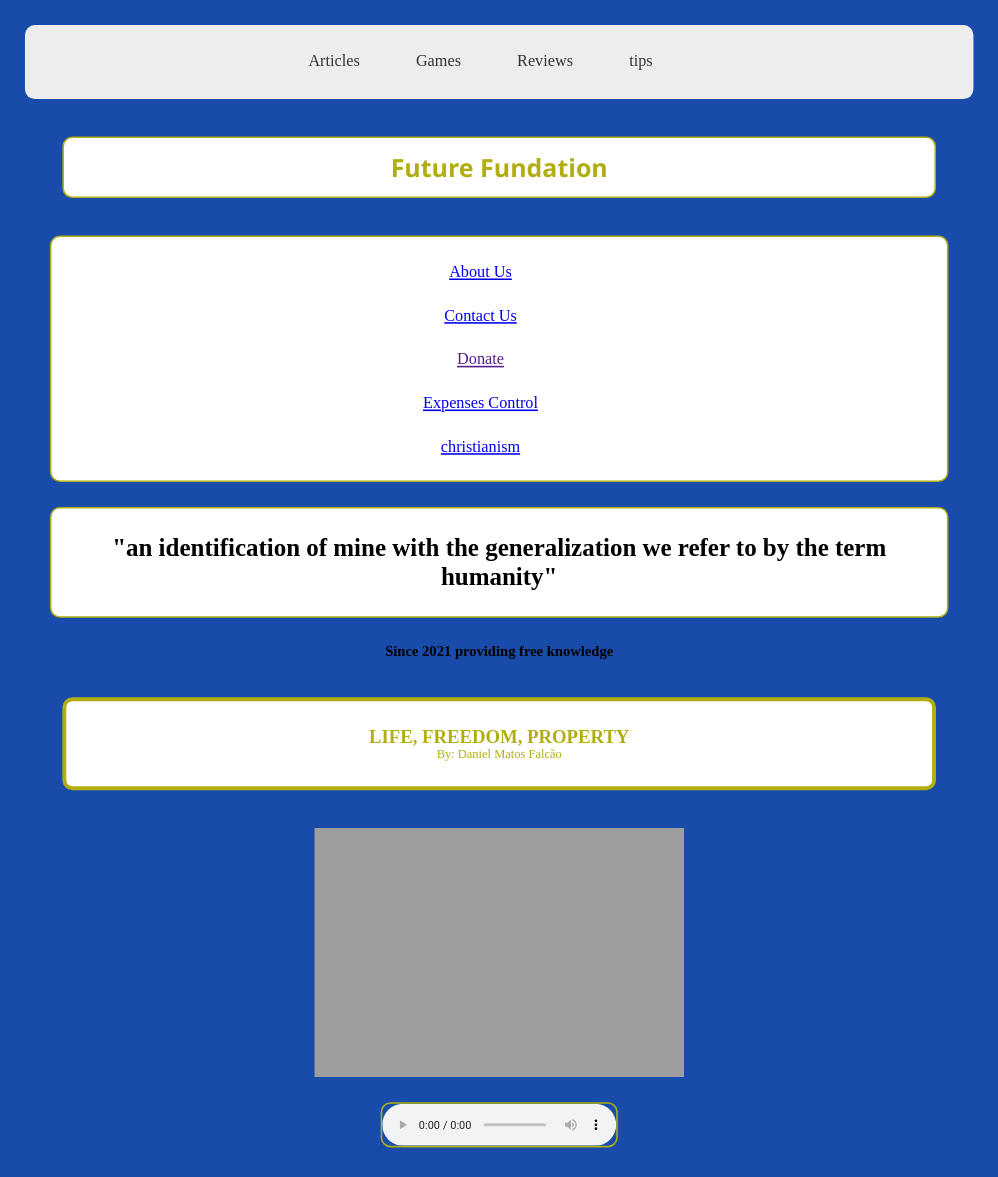
Repository: batmit/FutureFundation.github.io-1
Page: index.html
These files come from the project's save history. The page is drawn as it stood at one moment and after the next save; the edit follows.
The browser window is 1280 px wide. The pictures show the whole page, at 78% of full size.
Pictures or frames that could not be fetched are drawn as grey boxes. Some web fonts or font styles are not loaded; a fallback is used.

Above is the page before, as saved 2021-07-09 18:45:55.

### index.html
<!DOCTYPE html>
<html lang="en">

<head>
    <meta charset="UTF-8">
    <meta http-equiv="X-UA-Compatible" content="IE=edge">
    <meta name="viewport" content="width=device-width, initial-scale=1.0">
    <title>The Future Fundation</title>

    <link rel="stylesheet" href="./index.css">
    <link rel="preconnect" href="https://fonts.gstatic.com">
    <link rel="preconnect" href="https://fonts.gstatic.com">

    <link rel="preconnect" href="https://fonts.gstatic.com">
    <link href="https://fonts.googleapis.com/css2?family=Redressed&display=swap" rel="stylesheet">
    <link rel="icon" href="https://m.media-amazon.com/images/I/511UePVZTiL._SL500_.jpg">
</head>

<body>
    <div id="all">
        <nav id="menu">
            <ul>
                <li><a href="./menu/articles/articles.html">Articles</a></li>
                <li><a href="/games/games.html">Games</a></li>
                <li><a href="./menu/reviews/reviews.html">Reviews</a></li>
                <li><a href="./menu/tips.html">tips</a></li>
                <li></li>
            </ul>
        </nav>
        <header>

            <h1>Future Fundation</h1>

        </header>

        <main>

            <div id="cabecalho">

                <a class="about" href="./index/about.html">About Us</a>


                <a class="contact" href="./index/contact.html">Contact Us</a>

                <a class="donate" href="">Donate</a>

                <a href="http://batmit.github.io">Expenses Control</a>

                <a href="/menu/articles/cristianism/cristianism.html">christianism</a>

            </div>

            <div id="frase">

                <strong>
                    "an identification of mine with the generalization we refer to by the term humanity"
                </strong>

            </div>




            <div id="rodape">

                <h3>Since 2021 providing free knowledge</h3>

            </div>

            <footer>

                <h2>LIFE, FREEDOM, PROPERTY</h2>

                <p>By: Daniel Matos Falcão</p>

            </footer>

            <img width="474px" height="320px"
                src="https://external-content.duckduckgo.com/iu/?u=https%3A%2F%2Ftse4.mm.bing.net%2Fth%3Fid%3DOIP.T-Ah3QjGfLzqHosndqSgYAHaFA%26pid%3DApi&f=1"
                alt="">

            <div id="audio">

                <audio controls autoplay>

                    <source
                        src="/menu/articles/cristianism/2001-01-0720-praise-to-the-lord-the-almighty-instrumental-192k-eng.mp3"
                        type="audio/mp3">

                </audio>



            </div>
        </main>
    </div>
</body>

</html>

### index.css
#all{

    text-align: center;

    margin: 2rem;

}

audio {


    text-align: center;
    align-items: center;
    justify-content: center;
    margin: 2rem;
    border: rgb(177, 174, 17) 2px solid;
    border-radius: 0.8rem;

}

#audio{

    align-items: center;
    justify-content: center;
    box-sizing: border-box;

    padding: auto;
    text-align: center;
}

img{

    display: block;
    margin-left: auto;
    margin-right: auto;
}

body{

    background-color: #194caa;

}

*  {
    margin:0;
    padding:0;
}

html, body {height:100%;}

#rodape{

    text-align: center;
    margin: 2rem;


}

header{


    border-radius: 0.8rem;

    border: 2px solid rgb(177, 174, 17);

    margin: 3rem;

    background-color: white;

    padding: 1rem;

    text-decoration-color: blue;

    font-family: 'Segoe UI', Tahoma, Geneva, Verdana, sans-serif;


}

header h1 {

    color: rgb(177, 174, 17);

}


#cabecalho{


    border-radius: 0.8rem;

    border: 2px solid rgb(177, 174, 17);


    margin: 2rem;

    background-color: white;


}
#menu ul {
    padding:0px;
    margin:0px;
    background-color:#EDEDED;
    list-style:none;
    border-radius: 00.8rem;
}
#menu ul li { display: inline; }
#menu ul li a {
    padding: 2px 10px;
    display: inline-block;

    /* visual do link */
    background-color:#EDEDED;
    color: #333;
    text-decoration: none;
    border-bottom:3px solid #EDEDED;
}
#menu ul li a:hover {
    background-color:#D6D6D6;
    color: #6D6D6D;
    border-bottom:3px solid blue;
}

a{


    margin-right: 3rem;
    margin-top: 2rem;
    margin-bottom: 2rem;
    font-size: 1.3rem;
    display: block;


}



#frase{

    border-radius: 0.8rem;

    border: 2px solid rgb(177, 174, 17);

    padding: 2rem;

    margin: 2rem;

    font-family: 'Redressed', cursive;

    font-size: 2rem;

    background-color: white;

}

footer{

    margin: 3rem;

    text-align: center;

    border: 5px solid rgb(177, 174, 17);

    border-radius: 0.8rem;

    padding: 2rem;

    background-color: white;


}

footer h2, p {

    color: rgb(177, 174, 17);
}

@media (max-width: 900px){
    #menu ul li a{
        display: block;
        text-align: center;
    }

    #img{
        text-align: right;
    }
}

After the next save:
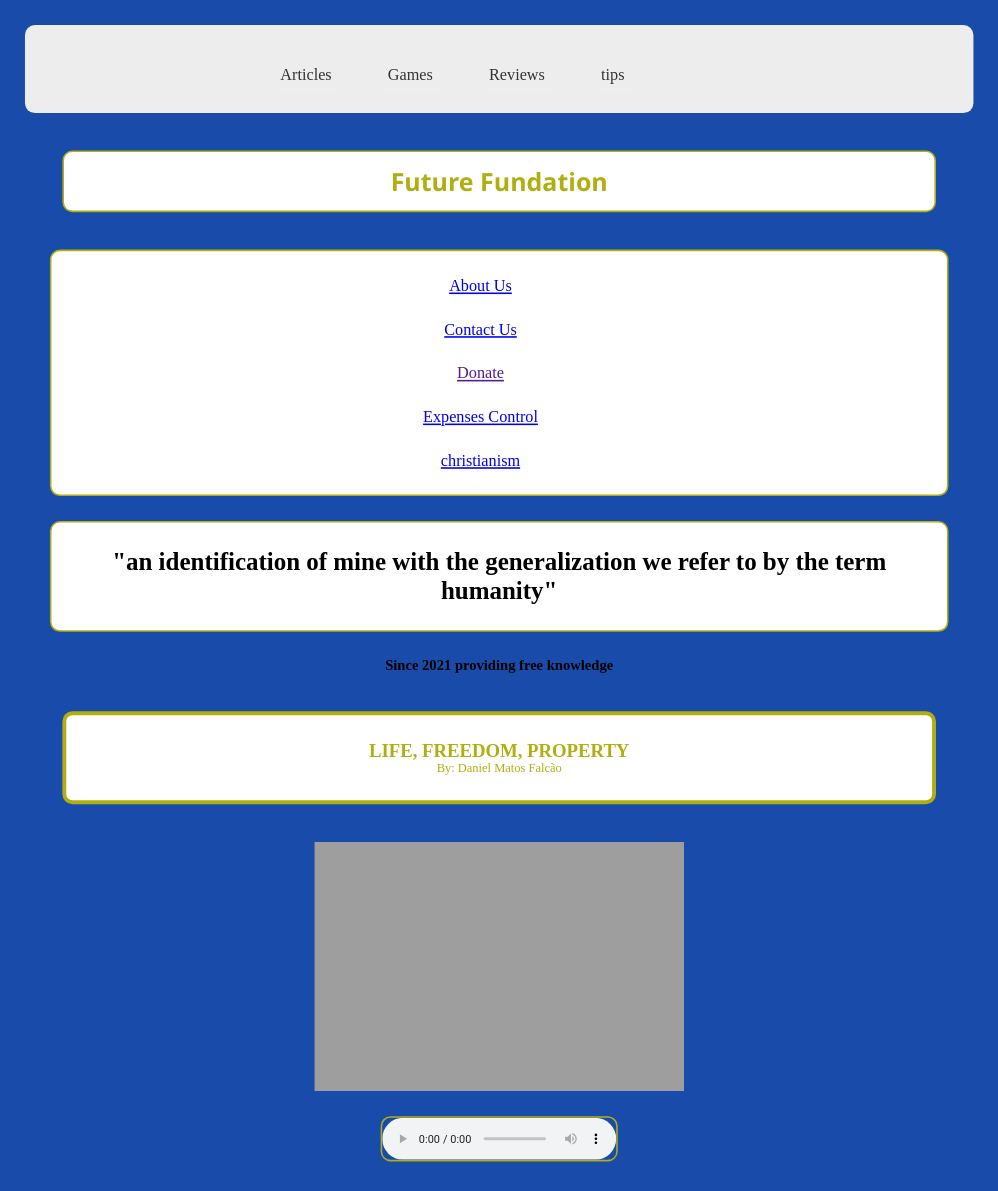
Saved 9 s later.
--- a/index.html
+++ b/index.html
@@ -24,7 +24,7 @@
                 <li><a href="/games/games.html">Games</a></li>
                 <li><a href="./menu/reviews/reviews.html">Reviews</a></li>
                 <li><a href="./menu/tips.html">tips</a></li>
-                <li></li>
+                <li><a href=""></a></li>
             </ul>
         </nav>
         <header>

After the save that followed:
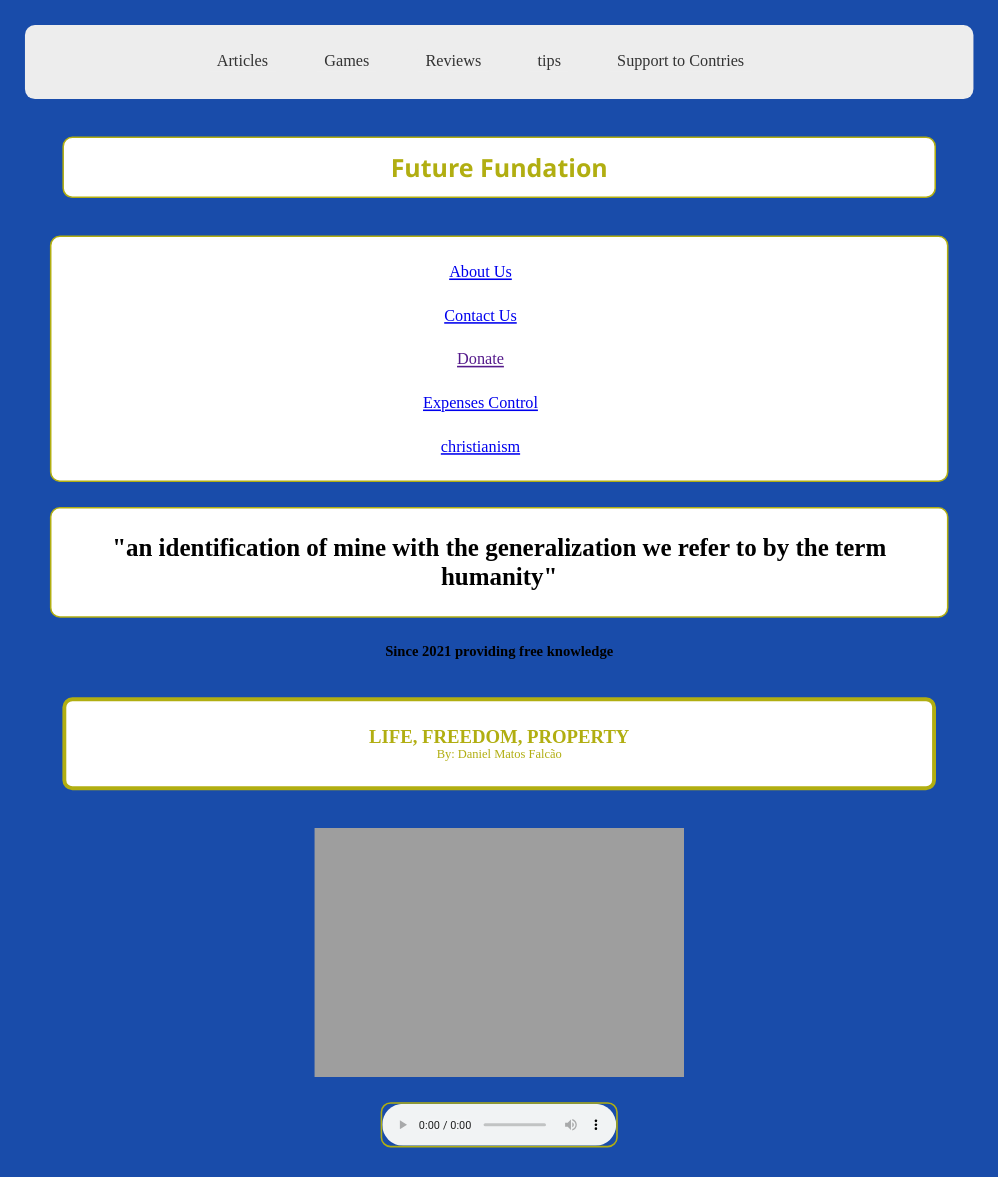
Saved 49 s later.
--- a/index.html
+++ b/index.html
@@ -24,7 +24,7 @@
                 <li><a href="/games/games.html">Games</a></li>
                 <li><a href="./menu/reviews/reviews.html">Reviews</a></li>
                 <li><a href="./menu/tips.html">tips</a></li>
-                <li><a href=""></a></li>
+                <li><a href="">Support to Contries</a></li>
             </ul>
         </nav>
         <header>
